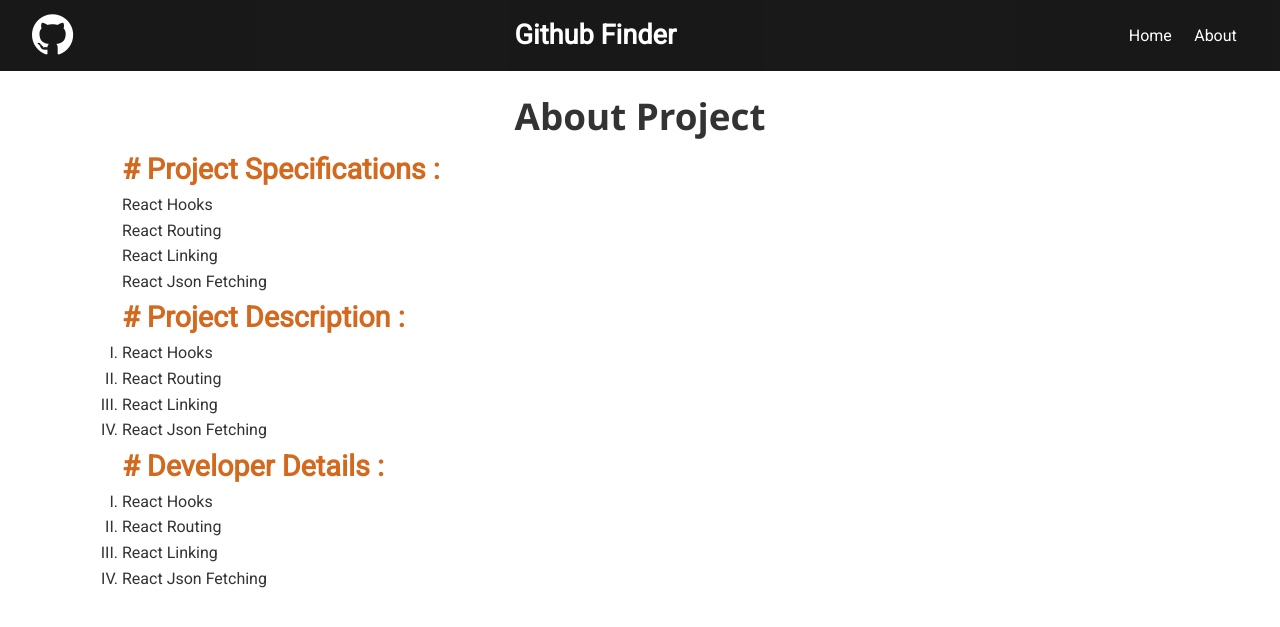
Repository: hemantsaini-7/ReactHooks-GitHub-Clone
Page: /about
These files come from the project's save history. The page is drawn as it stood at one moment and after the next save; the edit follows.
The browser window is 1280 px wide. The pictures show the whole page.
The project was rebuilt for these pictures with package versions that can differ from the ones it lists, and the page was loaded fresh each time. Also part of the build but not shown: src/components/users/UserItem.js, src/components/layout/Spinner.js, src/components/users/Users.js, src/components/repos/RepoItem.js, src/components/repos/Repos.js, src/components/users/User.js, src/components/users/Search.js, src/components/layout/Alert.js.

Above is the page before, as saved 2020-08-06 10:11:28.

After the next save:
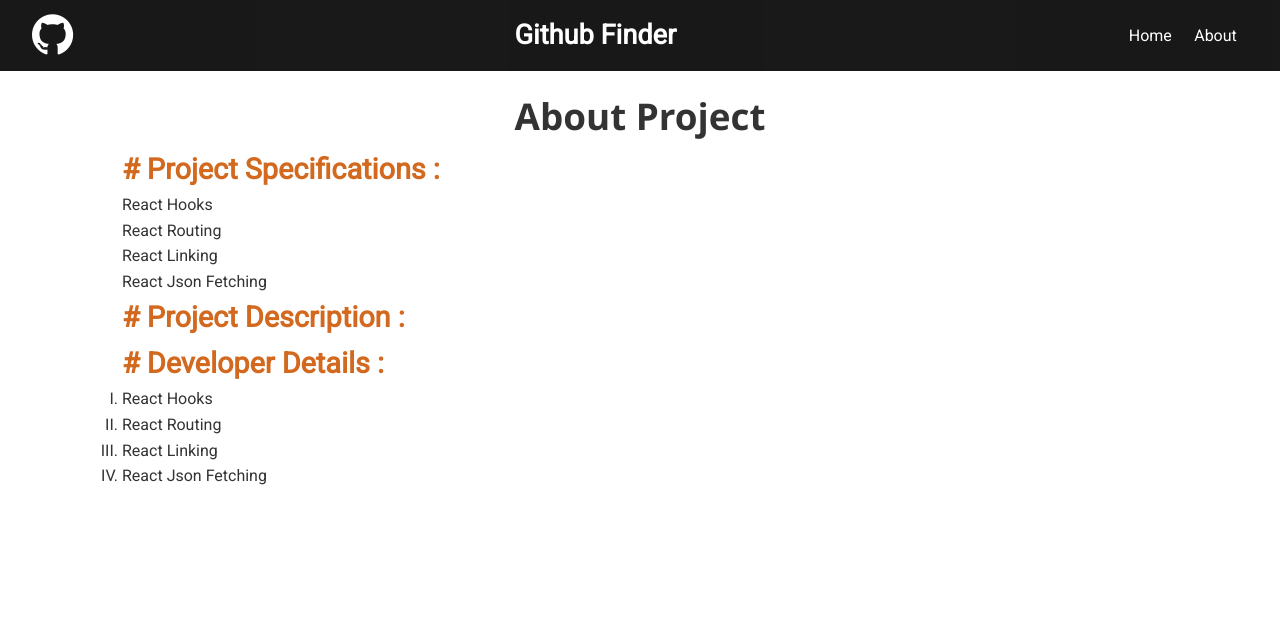
Saved 54 s later.
--- a/src/components/pages/About.js
+++ b/src/components/pages/About.js
@@ -15,12 +15,7 @@
       </div>
       <div className='content-div'>
         <h1 className='content-head'># Project Description :</h1>
-        <ol type='I'>
-          <li>React Hooks</li>
-          <li>React Routing</li>
-          <li>React Linking</li>
-          <li>React Json Fetching</li>
-        </ol>
+        <p></p>
       </div>
       <div className='content-div'>
         <h1 className='content-head'># Developer Details :</h1>
